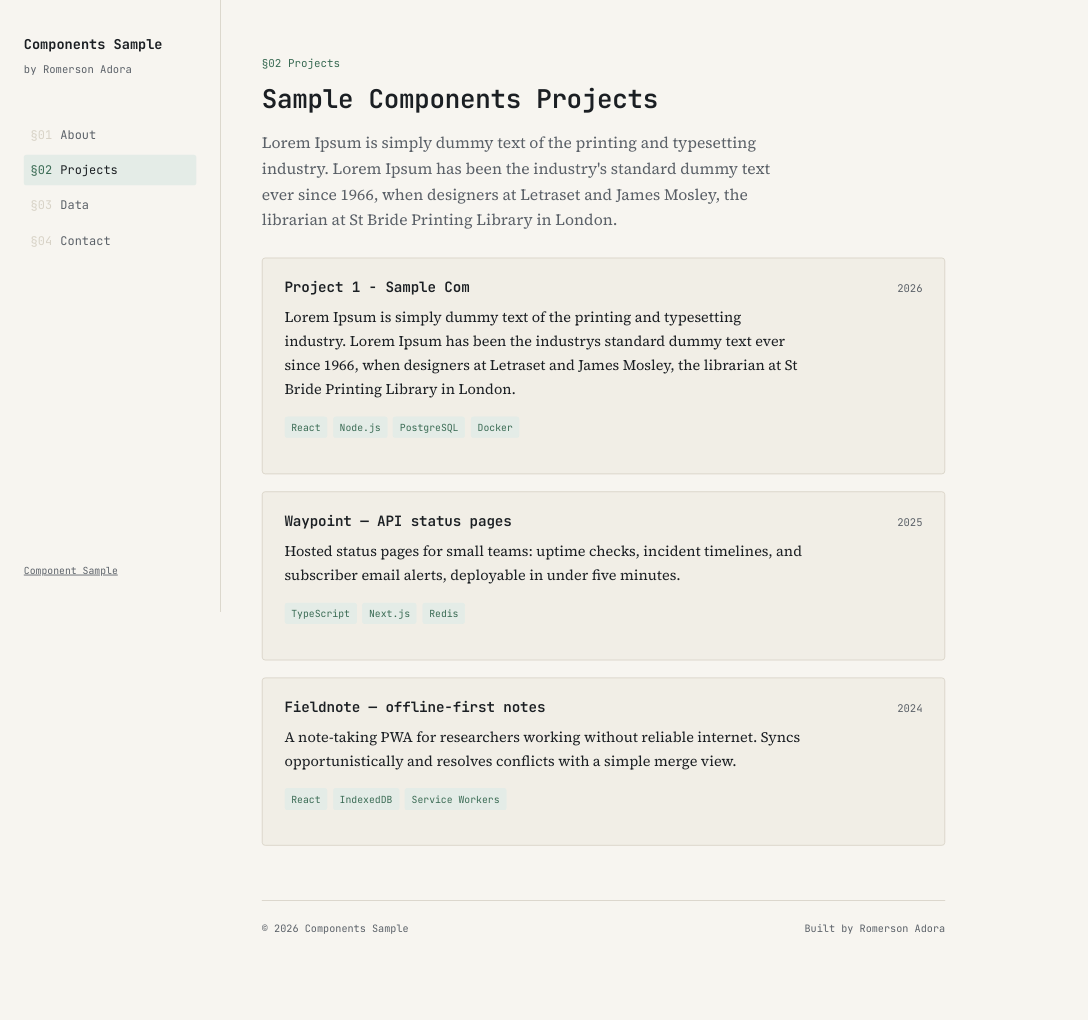
Repository: rsondev/Components-Project
Page: /projects
An editor plug-in stored every save of this project. The page is shown before and after the next save, followed by the edit.
The browser window is 1280 px wide. The pictures show the whole page, at 85% of full size.
The project was rebuilt for these pictures with package versions that can differ from the ones it lists, and the page was loaded fresh each time. Also part of the build but not shown: vite.config.js, src/components/Button.jsx, src/pages/Home.jsx, src/components/DataStats.jsx, src/data/skills.js, src/pages/Data.jsx, src/components/ContactForm.jsx, src/pages/Contact.jsx.

Above is the page before, as saved 2026-09-12 13:27:39.

After the next save:
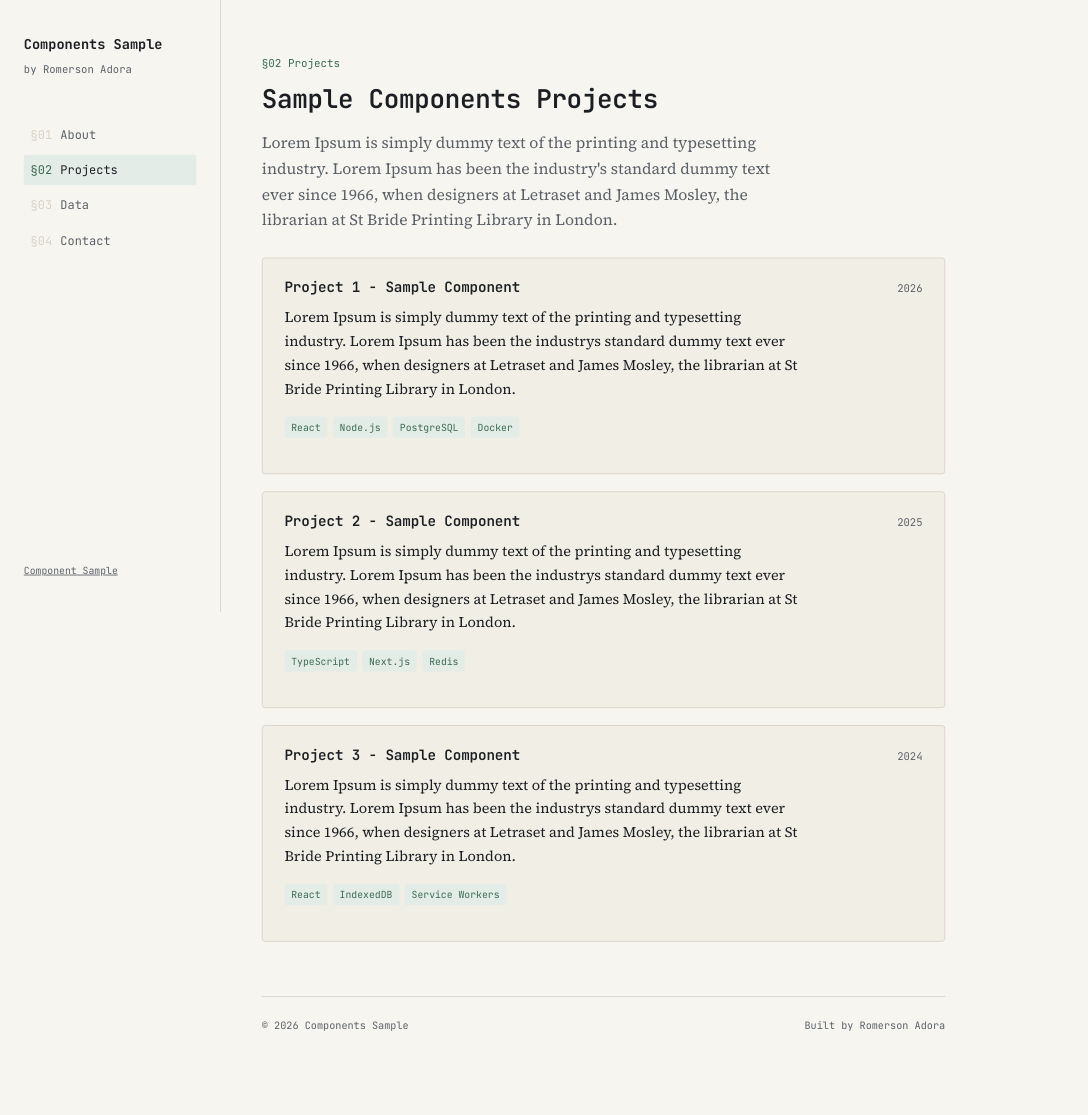
Saved 25 s later.
--- a/src/data/projects.js
+++ b/src/data/projects.js
@@ -1,7 +1,7 @@
 const projects = [
   {
     id: 'proj-01',
-    title: 'Project 1 - Sample Com',
+    title: 'Project 1 - Sample Component',
     year: '2026',
     description:
       ' Lorem Ipsum is simply dummy text of the printing and typesetting industry. Lorem Ipsum has been the industrys standard dummy text ever since 1966, when designers at Letraset and James Mosley, the librarian at St Bride Printing Library in London.',
@@ -11,20 +11,20 @@ const projects = [
   },
   {
     id: 'proj-02',
-    title: 'Waypoint — API status pages',
+     title: 'Project 2 - Sample Component',
     year: '2025',
-    description:
-      'Hosted status pages for small teams: uptime checks, incident timelines, and subscriber email alerts, deployable in under five minutes.',
+     description:
+      ' Lorem Ipsum is simply dummy text of the printing and typesetting industry. Lorem Ipsum has been the industrys standard dummy text ever since 1966, when designers at Letraset and James Mosley, the librarian at St Bride Printing Library in London.',
     stack: ['TypeScript', 'Next.js', 'Redis'],
     liveUrl: '',
     codeUrl: '',
   },
   {
     id: 'proj-03',
-    title: 'Fieldnote — offline-first notes',
+     title: 'Project 3 - Sample Component',
     year: '2024',
-    description:
-      'A note-taking PWA for researchers working without reliable internet. Syncs opportunistically and resolves conflicts with a simple merge view.',
+     description:
+      ' Lorem Ipsum is simply dummy text of the printing and typesetting industry. Lorem Ipsum has been the industrys standard dummy text ever since 1966, when designers at Letraset and James Mosley, the librarian at St Bride Printing Library in London.',
     stack: ['React', 'IndexedDB', 'Service Workers'],
     liveUrl: '',
     codeUrl: '',
